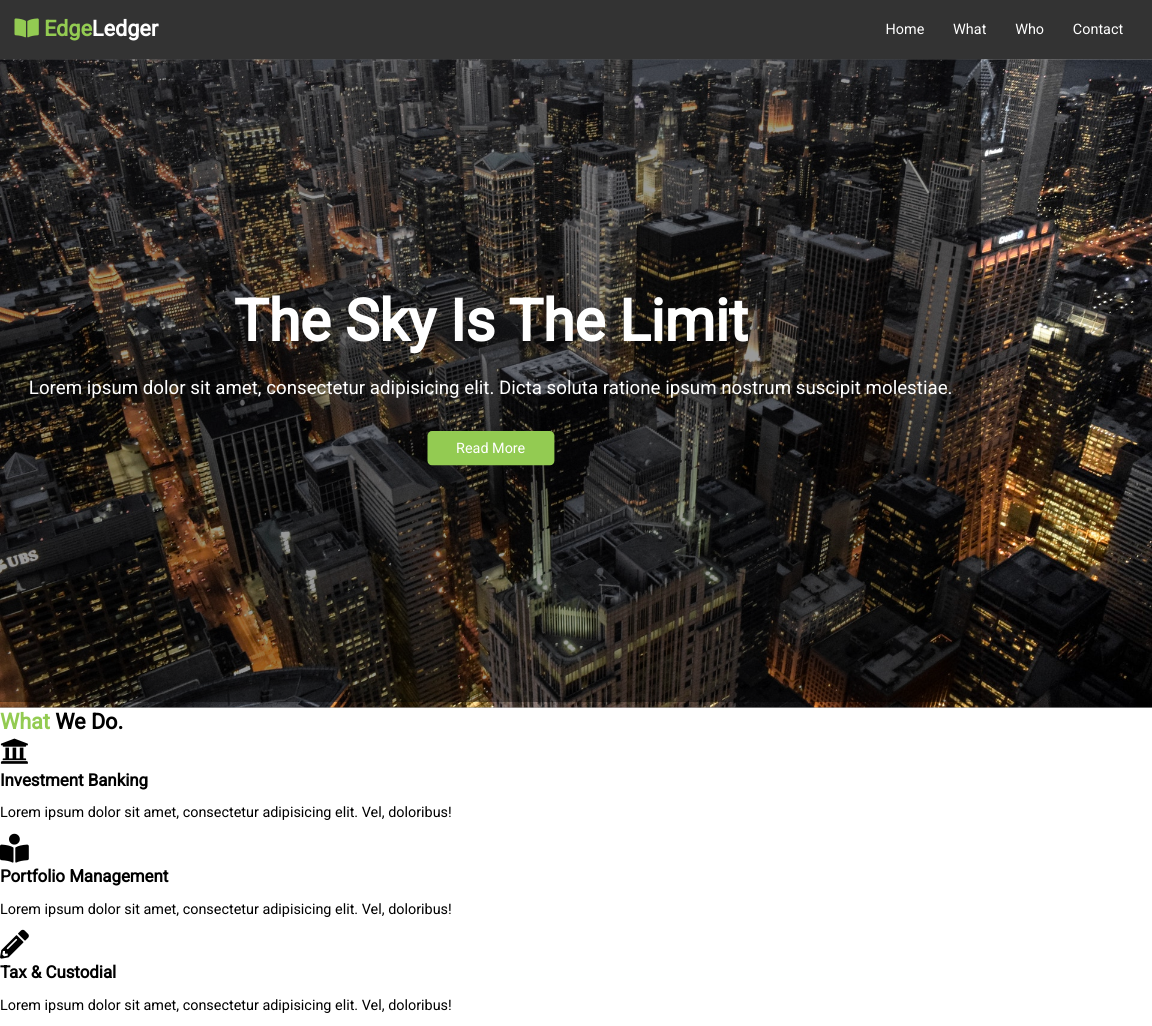
Repository: dimlutine/EdgeLedger
Page: index.html
The author's editor kept a copy of each file at every save. The page is drawn from the files as they stood at one save, then again after the next save.
The browser window is 1280 px wide. The pictures show the whole page, at 90% of full size.
Some web libraries are served in a nearby version.

Above is the page before, as saved 2019-07-06 19:11:04.

### index.html
<!DOCTYPE html>
<html lang="en">

<head>
    <meta charset="UTF-8">
    <meta name="viewport" content="width=device-width, initial-scale=1.0">
    <meta http-equiv="X-UA-Compatible" content="ie=edge">
    <link rel="stylesheet" href="https://use.fontawesome.com/releases/v5.6.3/css/all.css" integrity="sha384-UHRtZLI+pbxtHCWp1t77Bi1L4ZtiqrqD80Kn4Z8NTSRyMA2Fd33n5dQ8lWUE00s/" crossorigin="anonymous">
    <link rel="stylesheet" media="screen and (max-width: 768px)" href="css/mobile.css">
    <link rel="stylesheet" media="screeb abd (min-width: 1100px)" href="css/widescreen.css">
    <link rel="stylesheet" href="css/style.css">
    <title>EdgeLedger Financial | Accounting & Investment</title>
</head>

<body id="home">
    <!-- Navbar -->
    <nav id="navbar">
        <h1 class="logo">
            <span class="text-primary"><i class="fas fa-book-open"></i> Edge</span>Ledger
        </h1>
        <ul>
            <li><a href="#home">Home</a></li>
            <li><a href="#what">What</a></li>
            <li><a href="#who">Who</a></li>
            <li><a href="#contacts">Contact</a></li>
        </ul>
    </nav>
    <!-- Header: Showcase -->
    <header id="showcase">
        <div class="showcase-content">
            <h1 class="l-heading">
                The Sky Is The Limit
            </h1>
            <p class="lead">Lorem ipsum dolor sit amet, consectetur adipisicing elit. Dicta soluta ratione ipsum nostrum suscipit molestiae.</p>
            <a href="#what" class="btn">Read More</a>
        </div>
    </header>
    <!-- Section: What We Do -->
    <section id="what" class="bg-light py-1">
        <div class="container">
            <h2 class="m-heading">
                <span class="text-primary">What</span> We Do.
            </h2>
            <div class="items">
                <div class="item">
                    <i class="fas fa-university fa-2x"></i>
                    <div>
                        <h3>Investment Banking</h3>
                        <p>Lorem ipsum dolor sit amet, consectetur adipisicing elit. Vel, doloribus!</p>

                    </div>
                </div>
                <div class="item">
                    <i class="fas fa-book-reader fa-2x"></i>
                    <div>
                        <h3>Portfolio Management</h3>
                        <p>Lorem ipsum dolor sit amet, consectetur adipisicing elit. Vel, doloribus!</p>

                    </div>
                </div>
                <div class="item">
                    <i class="fas fa-pencil-alt fa-2x"></i>
                    <div>
                        <h3>Tax & Custodial</h3>
                        <p>Lorem ipsum dolor sit amet, consectetur adipisicing elit. Vel, doloribus!</p>

                    </div>
                </div>
            </div>
        </div>
    </section>
</body>

</html>

### css/style.css
@import url('https://fonts.googleapis.com/css?family=Roboto&display=swap');
* {
    margin: 0;
    padding: 0;
}

body {
    font-family: 'Roboto', sans-serif;
    line-height: 1.4;
}

a {
    text-decoration: none;
}

p {
    margin: .75rem 0;
}


/* Utility Classes */

.text-primary {
    color: #93cb52;
}

.l-heading {
    font-size: 4rem;
    margin-bottom: 0.75rem;
    line-height: 1.1;
}

.lead {
    font-size: 1.3rem;
    margin-bottom: 2rem;
}

.btn {
    display: inline-block;
    color: #fff;
    background: #93cb52;
    padding: 0.5rem 2rem;
    border: none;
    border-radius: 5px;
}

.btn:hover {
    background: #7ab436;
}

.btn-dark {
    background: #333;
    color: #fff;
}


/* Navbar */

#navbar {
    display: flex;
    position: sticky;
    top: 0;
    background: #333;
    color: #fff;
    justify-content: space-between;
    z-index: 1;
    padding: 1rem;
}

#navbar ul {
    display: flex;
    align-items: center;
    list-style: none;
}

#navbar ul li a {
    color: #fff;
    padding: 0.75rem;
    margin: 0 0.25rem;
}

#navbar ul li a:hover {
    background: #93cb52;
    border-radius: 5px;
}


/* Showcase */

#showcase {
    background: #333 url(../img/showcase.jpg) no-repeat center center/cover;
    height: 100vh;
    color: #fff;
}

#showcase .showcase-content {
    height: 100%;
    display: flex;
    flex-direction: column;
    justify-content: center;
    text-align: center;
    align-items: center;
    padding: 0 2rem;
    /* Overlay */
    position: absolute;
    top: 60px;
    left: 0;
    background-color: rgba(0, 0, 0, .4);
}

Loaded but not shown: css/mobile.css (no stored copy; drawn as an empty file); css/widescreen.css (no stored copy; drawn as an empty file)

After the next save:
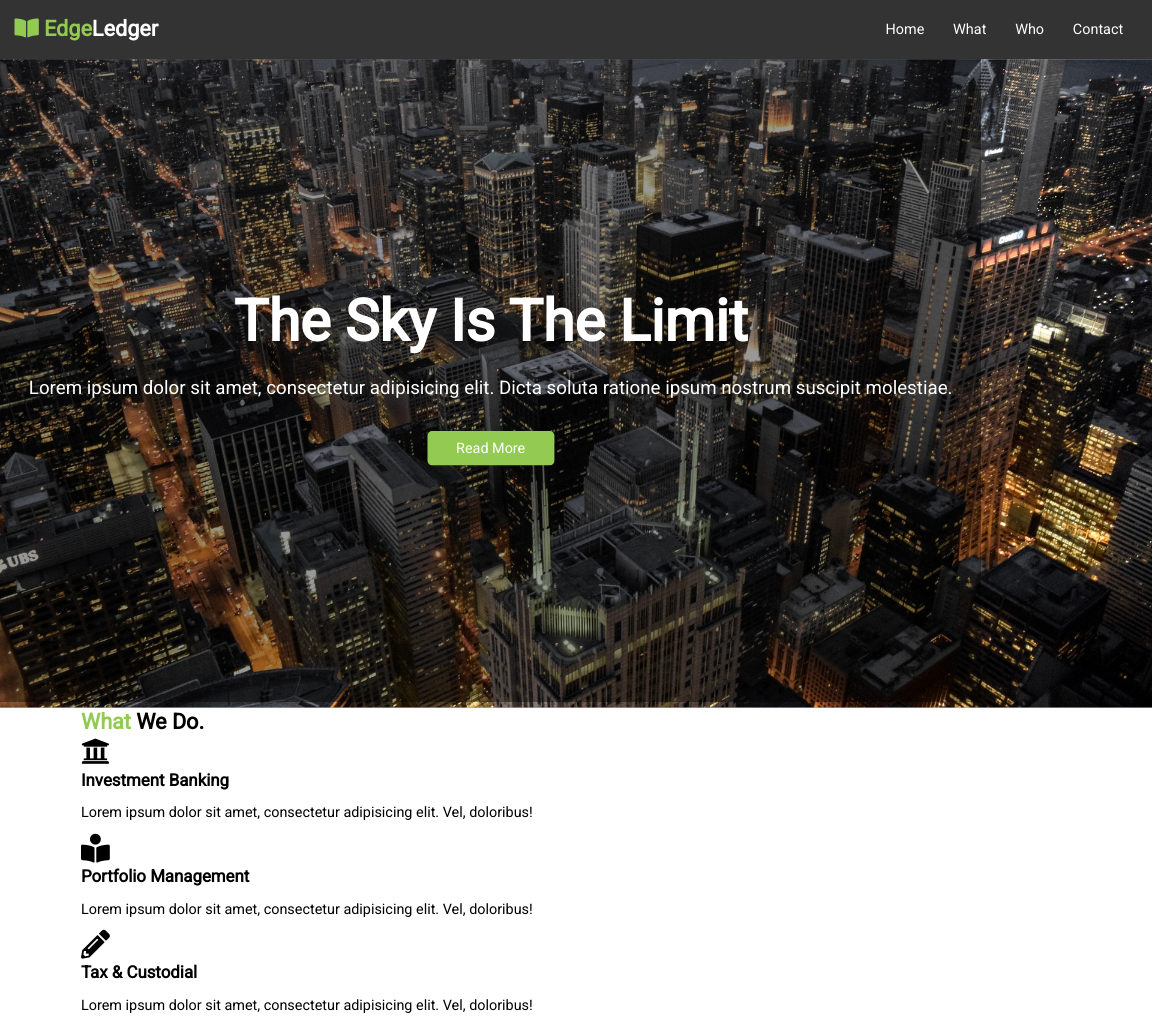
Saved 118 s later.
--- a/css/style.css
+++ b/css/style.css
@@ -19,6 +19,13 @@
 
 
 /* Utility Classes */
+
+.container {
+    max-width: 1100px;
+    margin: auto;
+    padding: 0 2rem;
+    overflow: hidden;
+}
 
 .text-primary {
     color: #93cb52;
